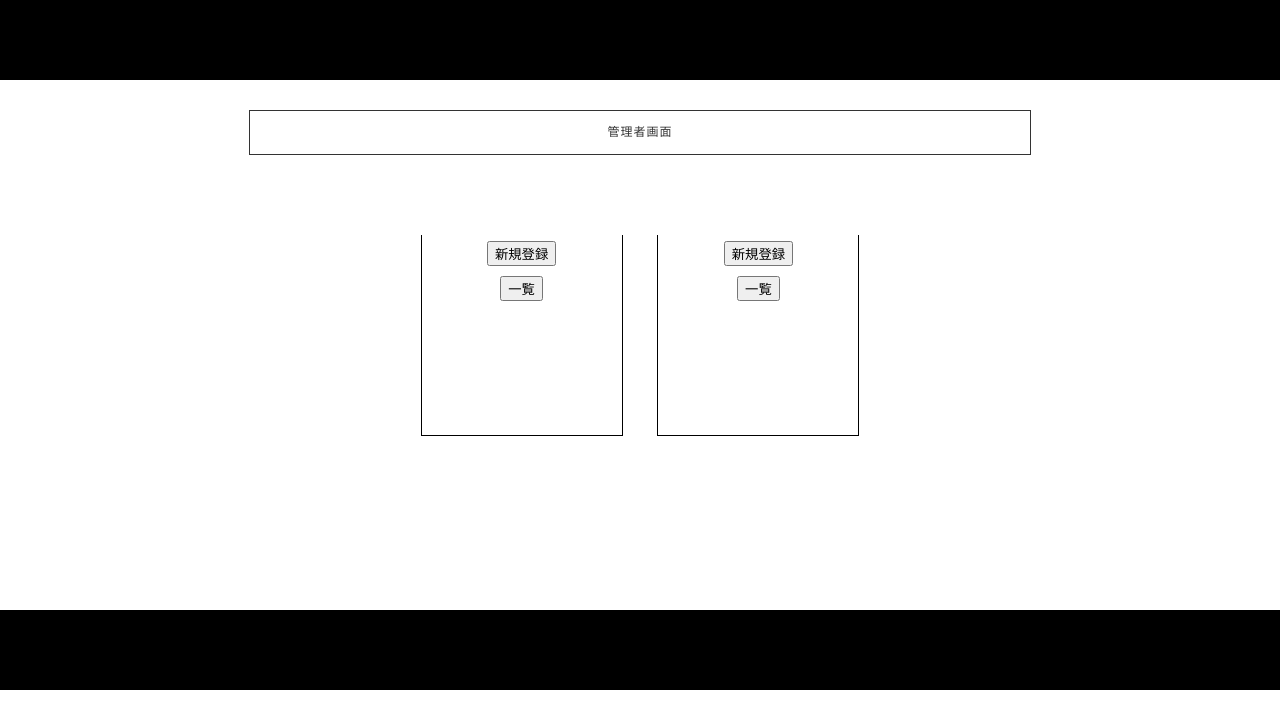
Repository: hiraide8/test
Page: http://localhost/ecsite/admin.jsp
An editor plug-in stored every save of this project. The page is shown before and after the next save, followed by the edit.
The browser window is 1280 px wide. The pictures show the whole page.
The page is served by Tomcat 9.

Above is the page before, as saved 2019-01-23 11:32:52.

After the next save:
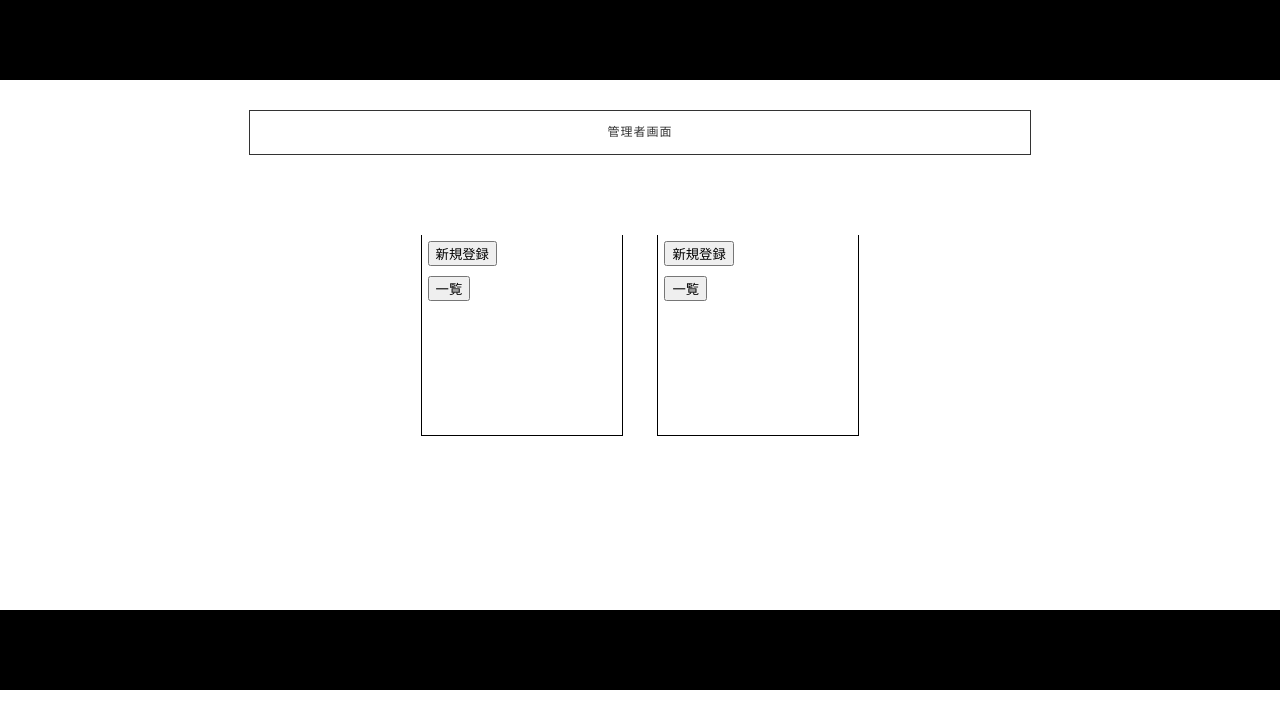
Saved 3 min 8 s later.
--- a/ecsite/WebContent/admin.jsp
+++ b/ecsite/WebContent/admin.jsp
@@ -24,7 +24,7 @@
                   background:#fff;
                 }
                 table{
-                  margin:0 auto;
+                  line-height:200px;
                 }
        /* ========ID LAYOUT======== */
                 #top{
@@ -61,9 +61,6 @@
                   border-left:1px solid black;
                   border-bottom:1px solid black;
                 }
-                .bbb{
-                  padding-top:30px;
-                }
        </style>
 </head>
 <body>
@@ -77,7 +74,7 @@
                </div>
                <div class="aaa">
                        <table>
-                       <tr class="bbb">
+                       <tr>
                        <td>
                        <s:form action="ItemCreateAction">
                                   <s:submit value="新規登録"/>

After the save that followed:
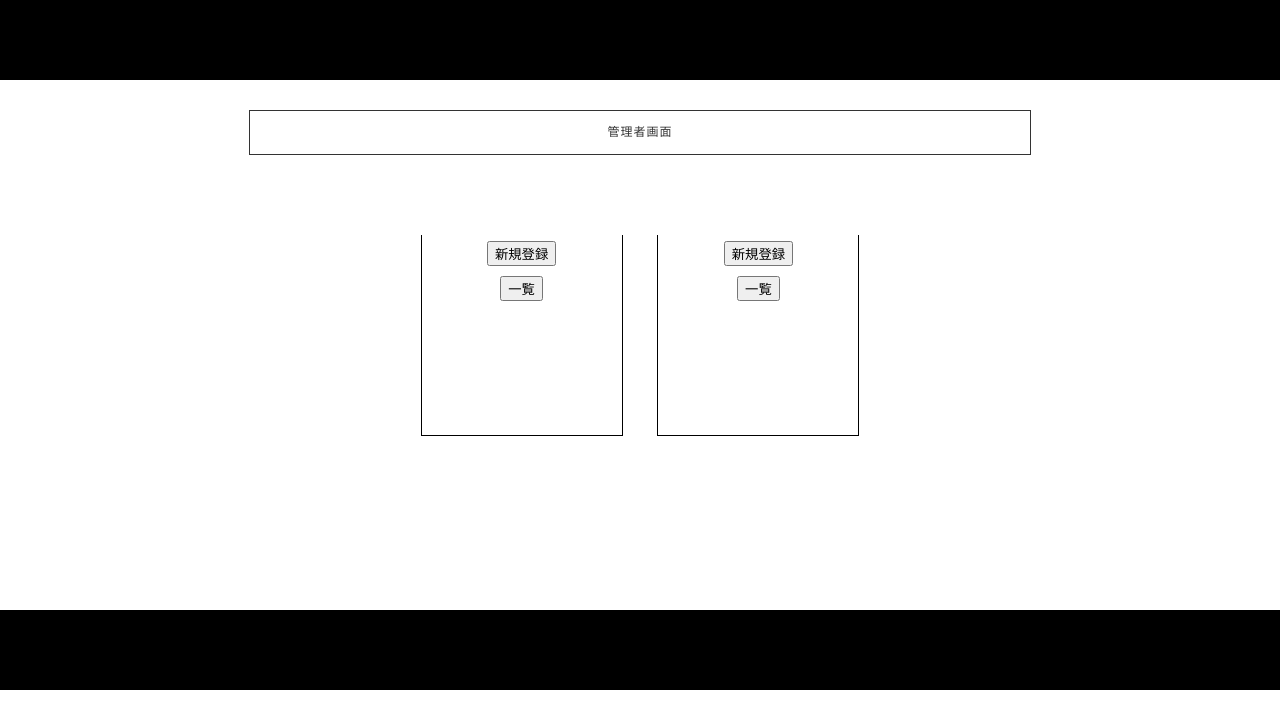
Saved 20 s later.
--- a/ecsite/WebContent/admin.jsp
+++ b/ecsite/WebContent/admin.jsp
@@ -24,7 +24,7 @@
                   background:#fff;
                 }
                 table{
-                  line-height:200px;
+                  margin:0 auto;
                 }
        /* ========ID LAYOUT======== */
                 #top{
